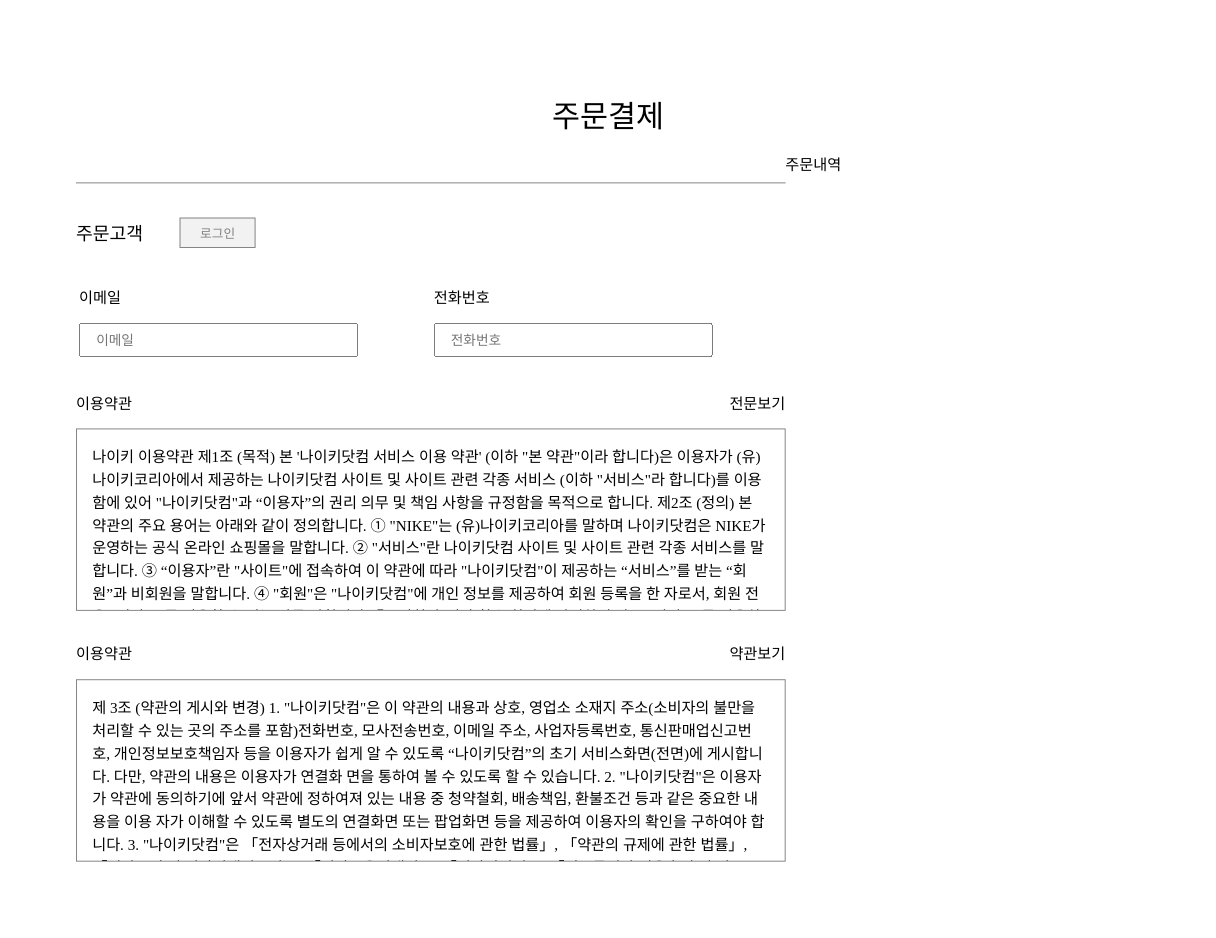
Repository: seungsu12/carrot
Page: http://localhost/carrot/orderform.jsp
The author's editor kept a copy of each file at every save. The page is drawn from the files as they stood at one save, then again after the next save.
The browser window is 1280 px wide. The pictures show the whole page, at 95% of full size.
The page is served by Tomcat 9. Other server files are loaded and not shown.

Above is the page before, as saved 2021-09-17 05:31:37.

### carrot/WebContent/orderform.jsp
<%@ page language="java" contentType="text/html; charset=UTF-8"
    pageEncoding="UTF-8"%>
<!DOCTYPE html>
<html>
<head>
<meta charset="UTF-8">
<title>주문하기</title>
<link href="css/style.css?v=2" rel="stylesheet" type="text/css" />
<style>

</style>
</head>
<body>

	<div class="order_form_wrapper">
		<div class="order_title center">
			<span>주문결제</span>
		</div>
		<div class="order_form">
			<div class="order_main order_main_content">

				<div class="order_main_title order_main_content">
					<span>주문고객</span>
					<button class="order_main_login">로그인</button>
				</div>

				<div class="order_main_input_wrapper order_main_content">
					<div class="order_main_input">
						<label for="order_email">이메일</label><br>
						<input id="order_eamil" type="email" name="email" placeholder="이메일">
					</div>
					<div class="order_main_input">
						<label for="order_phone">전화번호</label><br>
						<input id="order_phone" type="tel" name="phone" placeholder="전화번호">
					</div>
				</div>
				<div class="order_main_provision order_main_content">
					<div class="order_main_provision_title">
						<span>이용약관</span>
						<span>전문보기</span>
					</div>
					<div>
						<p>
							나이키 이용약관

		제1조 (목적)

		본 '나이키닷컴 서비스 이용 약관' (이하 "본 약관"이라 합니다)은 이용자가 (유)나이키코리아에서 제공하는 나이키닷컴 사이트 및 사이트 관련 각종 서비스 (이하 "서비스"라 합니다)를 이용함에 있어 "나이키닷컴"과 “이용자”의 권리 의무 및 책임 사항을 규정함을 목적으로 합니다.

		제2조 (정의)

		본 약관의 주요 용어는 아래와 같이 정의합니다.

		① "NIKE"는 (유)나이키코리아를 말하며 나이키닷컴은 NIKE가 운영하는 공식 온라인 쇼핑몰을 말합니다.

		② "서비스"란 나이키닷컴 사이트 및 사이트 관련 각종 서비스를 말합니다.

		③ “이용자”란 "사이트"에 접속하여 이 약관에 따라 "나이키닷컴"이 제공하는 “서비스”를 받는 “회원”과 비회원을 말합니다.

		④ "회원"은 "나이키닷컴"에 개인 정보를 제공하여 회원 등록을 한 자로서, 회원 전용 "서비스"를 이용할 수 있는 자를 말합니다.

		⑤ "비회원"이라 함은 회원에 가입하지 않고 "서비스"를 이용하는 자를 말합니다.

		2. 이 약관에서 정하지 아니한 내용과 이 약관의 해석에 관하여는 전자상거래 등에서의 소비자보호에 관한 법률, 약관의 규제 등에 관한 법률, 공정거래위원 회가 정하는 전자상거래 등에서의 소비자보호지침 및 관계법령 또는 상관례에 따릅니다



						</p>
					</div>
				</div>
				<div class="order_main_provision order_main_content">
					<div class="order_main_provision_title">
						<span>이용약관</span>
						<span>약관보기</span>
					</div>
					<div>
						<p>
											제 3조 (약관의 게시와 변경)
							1. "나이키닷컴"은 이 약관의 내용과 상호, 영업소 소재지 주소(소비자의 불만을 처리할 수 있는 곳의 주소를 포함)전화번호, 모사전송번호, 이메일 주소, 사업자등록번호, 통신판매업신고번호, 개인정보보호책임자 등을 이용자가 쉽게 알 수 있도록 “나이키닷컴”의 초기 서비스화면(전면)에 게시합니다. 다만, 약관의 내용은 이용자가 연결화 면을 통하여 볼 수 있도록 할 수 있습니다.

							2. "나이키닷컴"은 이용자가 약관에 동의하기에 앞서 약관에 정하여져 있는 내용 중 청약철회, 배송책임, 환불조건 등과 같은 중요한 내용을 이용 자가 이해할 수 있도록 별도의 연결화면 또는 팝업화면 등을 제공하여 이용자의 확인을 구하여야 합니다.

							3. "나이키닷컴"은 「전자상거래 등에서의 소비자보호에 관한 법률」, 「약관의 규제에 관한 법률」, 「전자문서 및 전자거래기본법」, 「전자금융거래법」, 「전자서명법」, 「정보통신망 이용촉진 및 정보보호 등에 관한 법률」, 「방문판매 등에 관한 법률」, 「소비자기본법」 등 관련 법을 위배하지 않는 범위에서 이 약관을 개정할 수 있습니다.

							4. "나이키닷컴"은 약관을 개정할 경우에는 적용일자 및 개정사유를 명시하여 현행약관과 함께 홈페이지의 초기화면에 그 적용일 7일 이전부터 적용일자 전일까지 공지합니다. 다만, 이용자에게 불리하게 약관내용을 변경하는 경우에는 최소한 30일 이상의 사전 유예기간을 두고 공지합니다. 이 경우 "나이키닷컴"은 개정 전 내용과 개정 후 내용을 명확하게 비교하여 이용자가 알기 쉽도록 표시합니다.

							5. 변경된 약관 조항 중 상품의 구매계약에 관한 조항은 그 적용일자 이후에 체결되는 계약에만 적용되고 그 이전에 이미 체결된 계약에 대해서는 변경전의 조항이 그대로 적용됩니다. 다만, 이미 매매계약을 체결한 이용자가 변경된 조항의 적용을 받기를 원하는 뜻을 상기 제4항에 의한 변경약관의 공지기간 내에 "나이키닷컴"에 송신하여 "나이키닷컴"의 동의를 받은 경우에는 변경된 조항이 적용됩니다.

							6. "나이키닷컴"이 개정약관을 공지 또는 통지하면서 회원에게 30일 기간 내에 의사표시를 하지 않으면 의사표시가 표명된 것으로 본다는 뜻을 명확하게 따로 공지 또는 고지하였음에도 회원이 명시적으로 거부의사를 표시하지 아니한 경우 회원이 개정약관에 동의한 것으로 봅니다. 또한, 회원이 개정약관의 적용에 동의하지 않는 경우 "나이키닷컴"은 개정약관의 내용을 적용할 수 없으며, 이 경우, 회원은 이용계약을 해지할 수 있습니다. 다만, 기존약관을 적용할 수 없는 특별한 사정이 있는 경우에는 "나이키닷컴"은 이용계약을 해지할 수 있습니다.

							7. 이 약관에서 정하지 아니한 내용과 이 약관의 해석에 관하여 전자상거래 등에서의 소비자보호에 관한 법률, 약관의 규제 등에 관한 법률, 공정거래위원회가 정하 는 전자상거래 등에서의 소비자보호지침 및 관계법령 또는 상관례에 따릅니다.

							제 4조 (서비스의 제공 및 변경)
						</p>
					</div>
				</div>

			</div>

			<div class="order_aside">
				<div class="order_aside_title">
					주문내역
				</div>
			</div>
		</div>


	</div>
</body>
</html>

### carrot/WebContent/css/style.css
@import "header.css";

@import "home.css";

@import "footer.css";

@import "signup.css";

@import "login.css";

@import "shoes.css";

@import "orderform.css";

.center{
	display:flex;
	justify-content :center;
	flex-direction : column;
	align-items : center;
}
*{
	margin:0;
	padding:0;
	box-sizing :border-box;
}

### carrot/WebContent/css/header.css
#header_wrap{
	margin : 0 auto 0 auto;
	height: 120px;
	display :grid;
	grid-template-columns: 0.6fr minmax(495px, 20%) minmax(495px,40%) minmax(450px ,27%) 0.6fr;
	grid-template-rows : 1fr 2fr ;


}
a{
	text-decoration: none;
}

 .header_item:nth-child(1){
	grid-column :1/2;
	grid-row :1/3;
	border :none;
	border-right: 1px solid grey;
}

.header_item:nth-child(2) a{
	height: 80px;
	text-decoration :none;
	border-bottom: 1px solid grey;
}
.header_item:nth-child(3){

	border-left: 1px solid grey;
	border-right: 1px solid grey;
}
.header_item:nth-child(4) div{
	position : relative;
	top:8px;
	left : 10px;

}
.header_item:nth-child(4) ul li{
	margin-right:40px;
	display:inline-block;
	text-decoration : none
}
.header_item:nth-child(4) ul li a{
	text-decoration : none;
	color : black;
	font-size:1.1em;
	margin-right: 5px

}
.header_item:nth-child(4) ul li a:hover{
	color : blue;
}
.header_item:nth-child(5){
	grid-row:1/3;
	grid-column: 5/6;
	border:none;
	border-left: 1px solid grey;
	font-family: 'Odibee Sans', cursive;
}

.header_item:nth-child(6) {
	text-decoration : none;
    color: unset;
 	grid-column:2/4;
 	grid-row:2/3;
 	border-top: solid 1px grey;
  	border-bottom: solid 1px grey;
}
.header_item:nth-child(6) a{
	text-decoration :none;
	font-size: 48px;
	position:relative;
	left : 35px;
	top: 10px;
	color: black;

}
.header_item:nth-child(7){
	border-top:1px solid grey;
	border-bottom: 1px solid grey;
	font-family: 'Odibee Sans', cursive;
}
/* .header_item:nth-child(7) ul li{
	display :inline-block;
}	 */

.header_item:nth-child(7) ul li a {
	text-decoration : none;
	color : black;
	font-size : 1.5em;
}

.header_item:nth-child(7) ul li a:hover {
	color :blue;
}
.header_item:nth-child(7) ul ul{
	display : none;
	position: absolute;
	line-height:62px;

}

.header_item:nth-child(7) ul ul li{
	float:none;

}
.header_item:nth-child(7) ul li:hover ul{
	display :block;
}

.sub_menu li a{
	font-size:1.5em;
}

.header_navybar {
	margin-right : 55px;
	position:relative;
	top : 24px;
	display: inline-block;
}
.sub_menu{
	width:108px;
	margin-top:28px;
	background : beige;
}
.sub_menu li{
	display : flex;
	justify-content : center;
}
#input_wrapper{
	display :flex;
	height:40px;
	border:none;
}

#header_input{
	width: 85%;
	margin-right: 10px;
	margin-left : 10px;
	border:none;
	height: 20px;
	position: relative;
	top : 10px;


}
#header_submit{
	border : none;
	border-radius: 0.9em;
	width:9%;
	background: white;
	font-size: 0.4em;
	font-size : 0.9em;

}
#header_submit:hover{
	background: grey;

}
.header_item:nth-child(3):hover{
	background : #CEC9C9;
}

### carrot/WebContent/css/home.css


#title{
	font-size : 1px;

}

#h1{
	border : 1px solid black;
}

#join_top{
	display: float;
	margin:0;
	text-align:center;
	height : 80px;
}

#mid{

	margin : 0 auto 0 auto;
	max-width:1000px;

}


.main{

	margin : 0 auto 0 auto;

	display : flex;
	align-items : center;
	justify-content : center;




}
.main_img{
	width : 1220px;
	height: 720px;

}
.main_text{
	font-size: 3.7em;

	position: relative;
	bottom : 180px;
	font-family : fantasy;


}
.main_wrapper{
	width: 1600px;
	height: 800px;
	display: flex;
	align-items: center;
	justify-content : space-between
}

### carrot/WebContent/css/footer.css
.footer_wrapper{
	background : #e2e4e0;
	height:360px;
 	margin : 0 auto 0 auto;
 	display : grid;
	grid-template-columns :  1fr 2fr 1fr 1fr 1fr 1fr 1fr 1fr;
	grid-template-rows : 0.5fr 1fr 4fr
}


.footer_wrapper div:nth-child(1){
	grid-column : 1/2;
	grid-row: 1/4;
}
.footer_wrapper div:nth-child(2){
	grid-column : 2/8;
}
.footer_wrapper div:nth-child(3){

	grid-column: 8/9;
    grid-row: 1/4;
}

.footer_header{
	grid-row:2/3;
	grid-column : 2/8;
	height: fit-content;

	display :grid;
	grid-template-columns : 5fr 2fr;
	grid-template-rows: 1fr;
}

.footer_icon{
	width: 100%;
	display: flex;
	justify-content: space-evenly;
	align-items: center;

}
.footer_icon i {
	font-size : 40px;
}


.logo {
	height: 100px;
	width: 100px;
}
.footer_itmes div{
	text-align: center;

}

.footer_items_list ul li{
	list-style : none;
	padding: none;
	line-height: 23px;
}
.footer_items_list ul li a{
	text-decoration: none;
	color : black;
}

.footer_items_title{
	font-weight: bold;
	font-size: 1.1em
}
.footer_icon_img img{
	border-radius : 50% 50%;
}

### carrot/WebContent/css/signup.css
#sign_pwd2{
	font-size:14px;
}
.sign_title a{
	text-decoration : none;
	color : black;
}
.sign_wrapper{

	width: 60%;
	margin : 50px auto 0 auto;
	display : flex;
	flex-direction:column;
	align-items: center;


}
.sign_title{

	margin : 25px auto 20px auto;
}
.sign_title a{
	font-size: 69px;

}


.sign_box {
	min-width:560px;
	display: flex;
	flex-direction:column;
}
.sign_box2{
	min-width:560px;
	display: flex;
	flex-direction:column;
}
.sign_box2 input{
	width :165px;
	height: 45px;
	padding :4px;
	font-size :16px;
}

.sign_box input{
    margin: 5px 0 10px 0;
    height: 45px;
    font-size:22px;
    padding: 4px;
}

#sign_gender {
	margin : 5px 0 10px 0;
	font-size: 16px;
	height :45px;
}
.singup_body{
	background: #F2F2F2;
}
.sign_birth_wrapper{
	display: flex;
	justify-content: space-between;

}
#sign_month{
	width: 165px;
	font-size : 16px;

}
#sign_submit{
	background : #FAAC58;
	margin-top : 30px;
	box-shadow : 10px 5px 5px grey;
}

#sign_submit :hover{
	background :#F8ECE0;
}

### carrot/WebContent/css/login.css

.login_title a{
	text-decoration : none;
	color : black;
}
.login_wrapper{
	display: flex;
	flex-direction : column;
	align-items: center;
	margin : 0 auto 0 auto;

}
.login_title{
	font-size :68px;
	margin : 100px 0 60px 0;
}
.login_box {
	margin-bottom : 10px;
	width: 420px;
}
.login_box input{
	width: 420px;
	padding:5px;
	height : 45px;
	font-size : 18px;

}
.login_hr {
	margin_top : 5px;
}
.login_list{
	display: flex;
    width: 300px;
    align-items: center;
    flex-direction: column;
}
.login_list a {
	text-decoration :none;
	color : grey;
	font-size : 13px;
}
.login_list div span{
	content : "|";
}
.login_hr{
 	margin-top : 20px;
}
.login_list div{
	display :felx;
	justify-content : space-between;
}

### carrot/WebContent/css/shoes.css
.shoes_image_wrapper{

	display:flex;
	flex-direction:column;
	align-items:center;
	padding-top : 4em;
}
.shoes_info{
	display :flex;
	flex-direction : column;
	min-width: 450px;
}
.shoes_wrapper{
	display :grid;
	grid-template-columns :3fr 1.5fr;
	width:78%;
	margin-top :2em;
}
.shoes_title{
	display :flex;
	justify-content: space-between;
}
.shoes_size_list{
	display: grid;
	grid-template-columns: 1fr 1fr 1fr 1fr 1fr;
	grid-row-gap : 0.4em;
	grid-column-gap : 0.3em;
	width : 80%;
	margin : 0 auto 0 auto;

}
.shoes_size{
 border : 1px solid grey;
 border-radius :0.2em;
 height : 40px;
}
.zerosize{
	background : #D8D8D8;
	opacity : 0.2;

}
.nonezerosize:hover{
	background:grey;
	color : white;
}
.shoes_name{
	font-size : 2em;
	margin : 1em 0 1em 0 ;
}
.shoes_size_title{
	margin-bottom :0.8em;
	font-weight : bold;
	font-size : 1.2em;
}
.shoes_count_wrapper{
	margin : 2.5em 0 1em 0;
}
.shoes_count_wrapper *{
	margin-right: 1em;
}
.shoes_count_wrapper button{
	background: white;
	border: none;
	}
.shoes_count_wrapper input{
	border :none;
	width: 3%;
}
/* input spin 제거 */
input::-webkit-outer-spin-button,
input::-webkit-inner-spin-button {
  -webkit-appearance: none;
  margin: 0;
}

/* Firefox */
input[type=number] {
  -moz-appearance: textfield;
}
#plus_icon{
	font-weight : 100;
}
#minus_icon{
	font-weight : 100;
}
.shoes_button_wrapper{
	margin-top :1.5em;

}
.shoes_buy_button{
	border :1px solid black;
	background :black;
	color:white;
	width : 400px;
	border-radius : 1em;
	height: 55px;
	font-size : 1.1em;
}
.shoes_buy_button:hover{
	background:white;
	color:black;

}
.shoes_button_wrapper2{
	display : flex;
	justify-content : space-between;
	margin-top :1em;
	width : 400px;
}
.shoes_etc_button{
	border : 1px solid black;
	border-radius : 1em;
	font-size : 1em;
	background : white;
	width : 180px;
	height: 45px;
}
.shoes_etc_button:hover{
	background :black;
	color : white;
}
.shoes_review_title{
	margin-bottom: 1.8em;
	display :flex;
	justify-content : space-between;
}
.shoes_review_title2{
	display:flex;
}
.shoes_review_write{
	margin-bottom: 1.5em;
}
.review_title{
	font-size : 1.8em;
}
.review_star{
	margin : 0.8em 0 0.8em 0;
}

.review_info_wrapper span{
	color : grey;
	font-size : 0.8em;
	margin-left : 1em;
}
 .review_img{
 	height: 200px;
 }
.review_content{
	margin : 1em 0 1em 0;
}
.review_img img{
	width: 40%;
	height :80%;
}
.shoes_review_hidden{
	display : none;
}
.star{
	width : 1rem;
}
shoes_review_list_wrapper{
	margin-top : 2rem;
}
.review_signup_wrapper{
	display : none;
    padding: 1rem;
    margin-bottom : 2rem;
    justify-content: center;
    flex-direction: column;
    align-items: center;
}
.review_word{
	margin-right: 1rem;
}

.review_signup_title{
	margin-bottom :1.5rem;

}
.review_signup_title input{

	width:22rem;
	height: 1.2rem;
}
.review_signup_star_wrapper{
	display :flex;
}
.review_signup_star_wrapper2{
	margin-left :0.4rem;
	width:22rem;
}
.review_signup_content textarea{
	resize :none;
	width: 22rem;
	height: 8rem;
}
.review_signup_content span{
	vertical-align : top;
}
.review_signup_img{
	margin-top : 1rem;
}
.review_signup_img > input{
	width: 22rem;
}
#review_button{
	margin-top : 2rem;
	background: beige;
    width: 7rem;
    height: 1.9rem;
    border-radius: 0.5rem;
}
#review_button:hover{
	background:lightslategray;
	color:white;
}

### carrot/WebContent/css/orderform.css
.order_form_wrapper{
	padding : 5rem;
}
.order_title{
	font-size : 2rem;
	height: 5rem;

}
.order_main{
	margin-top : 2rem;
	border-top : 1px solid grey;
	display : flex;
	flex-direction :column;
}
.order_form{
	display: grid;
	grid-template-columns: 2fr 1fr;

}
.order_main_content{

	margin-top : 2rem;
}
.order_main_title{
	height : 2.5rem;
	display:flex;
	align-items : center;
}
.order_main_title span{
	font-size : 1.2rem;
	margin-right: 0.4rem;
}
.order_main_login{
	border : 1px solid grey;
	color : grey;
	background : #F2F2F2;
	width : 5rem;
	height: 2rem;
	margin-left : 2rem;
}
.order_main_input_wrapper{
	display : grid;
	grid-template-columns : 1fr 1fr;
}
.order_main_input{
	padding : 0.2em;
}

.order_main_input input{
	margin-top : 1rem;
	width: 80%;
    height: 2rem;
    padding: 1rem;
    font-size: 0.9rem;
}

.order_main_provision_title{
	display:flex;
	justify-content : space-between;
}
.order_main_provision p{
	margin-top :1rem;
	overflow : scroll;
	overflow-x : hidden;
	height :12rem;
	padding : 1rem;
	border : 1px solid grey;
}

After the next save:
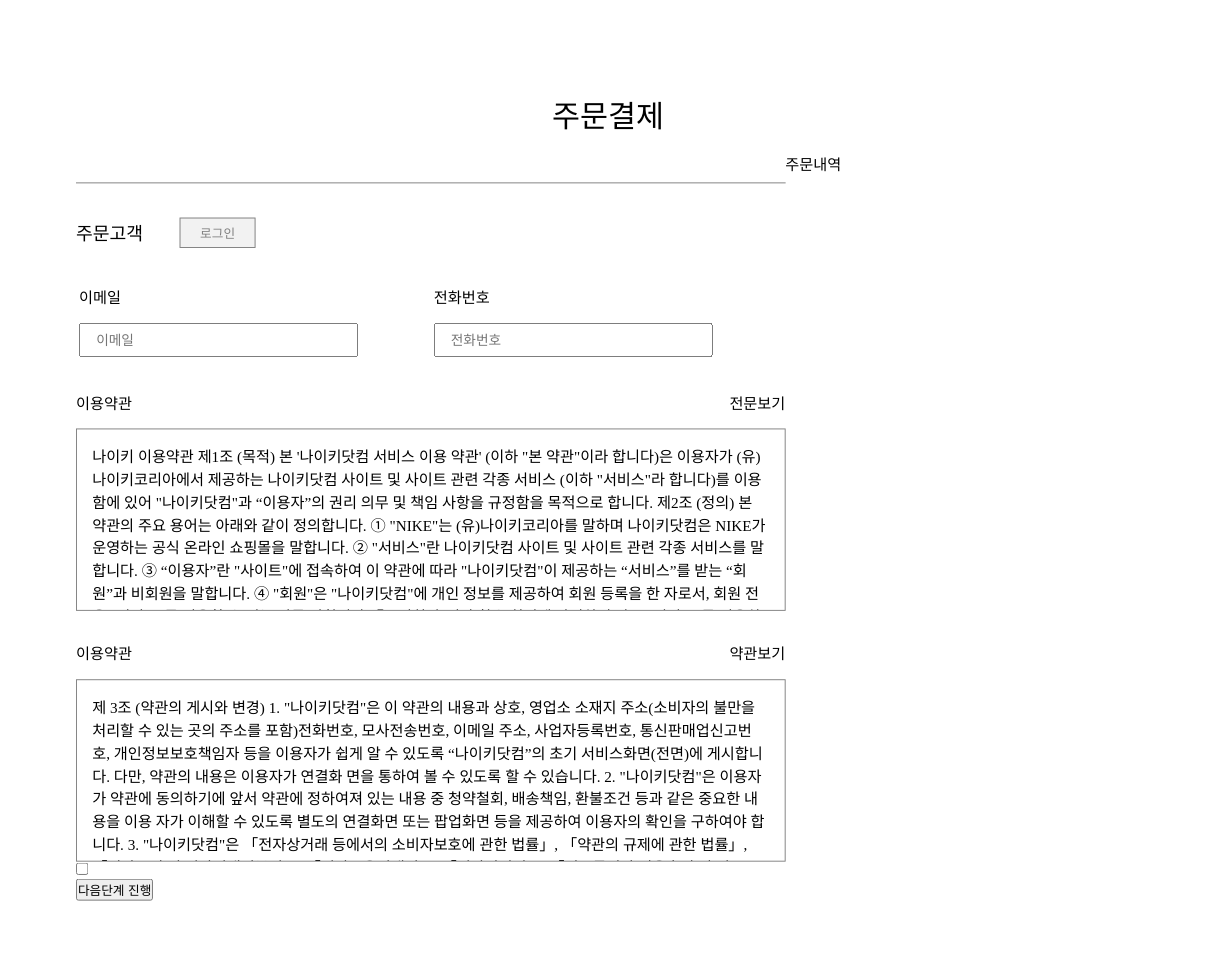
Saved 86 s later.
--- a/carrot/WebContent/orderform.jsp
+++ b/carrot/WebContent/orderform.jsp
@@ -94,7 +94,12 @@
 						</p>
 					</div>
 				</div>
-
+				<div>
+					<input type="checkbox" value="체크">
+				</div>
+				<div>
+					<input type="button" value="다음단계 진행">
+				</div>
 			</div>
 
 			<div class="order_aside">
